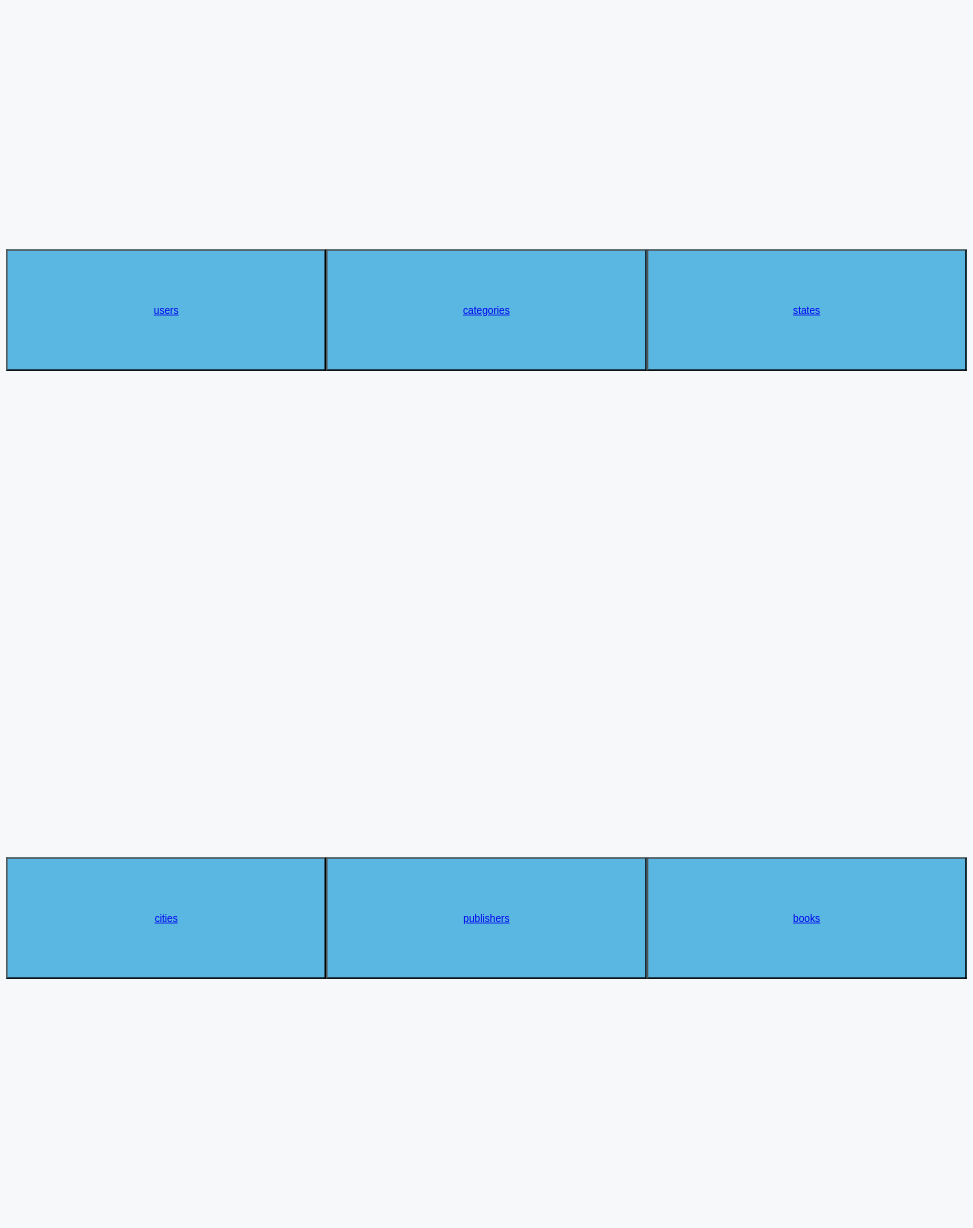
Repository: fontanive12/Biblioteca
Page: front/paginaInicial.html
The author's editor kept a copy of each file at every save. The page is drawn from the files as they stood at one save, then again after the next save.
The browser window is 1280 px wide. The pictures show the whole page, at 76% of full size.

Above is the page before, as saved 2022-09-05 17:37:56.

### front/paginaInicial.html
<!DOCTYPE html>
<html lang="en">

<head>
    <meta charset="UTF-8">
    <meta http-equiv="X-UA-Compatible" content="IE=edge">
    <meta name="viewport" content="width=device-width, initial-scale=1.0">
    <link rel="stylesheet" href="styles.css">

    <title>Initial page</title>
</head>

<body>
    <div class="container">
        <div class="containerButtons">
            <button class="buttonMenu"><a href="users.html" class="users">users</a></button>
            <button class="buttonMenu"><a href="categories.html" class="categories">categories</a></button>
            <button class="buttonMenu"><a href="states.html" class="states">states</a></button>
        </div>
        <div class="containerButtons">
            <button class="buttonMenu"><a href="cities.html" class="states">cities</a></button>
            <button class="buttonMenu"><a href="publishers.html" class="states">publishers</a></button>
            <button class="buttonMenu"><a href="books.html" class="states">books</a></button>
        </div>
    </div>
</body>

</html>

### front/styles.css
.bg-mynav {
  background-color: #49baef;
}

body {
  font-size: 1.25rem;
  background-color: #f6f8fa;
}

td {
  line-height: 3rem;
}

.container {

}

.containerButtons {
  margin-bottom: auto;
  padding: 0rem;
  text-align: center;
  /* max-width: 100rem;*/
  width: 100%;
height: 50rem;
  display: flex;
flex-direction: row;
justify-content: center;
align-items: center;
}

.buttonMenu {
  width: 30rem;
  height: 10rem;
  background-color: #59b7e2;
}

After the next save:
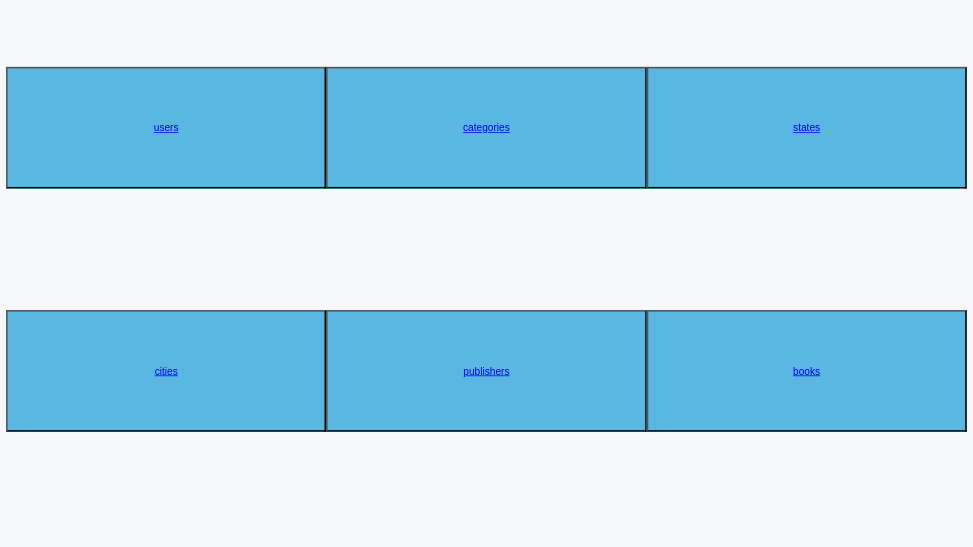
Saved 25 s later.
--- a/front/styles.css
+++ b/front/styles.css
@@ -21,7 +21,7 @@ td {
   text-align: center;
   /* max-width: 100rem;*/
   width: 100%;
-height: 50rem;
+height: 20rem;
   display: flex;
 flex-direction: row;
 justify-content: center;
